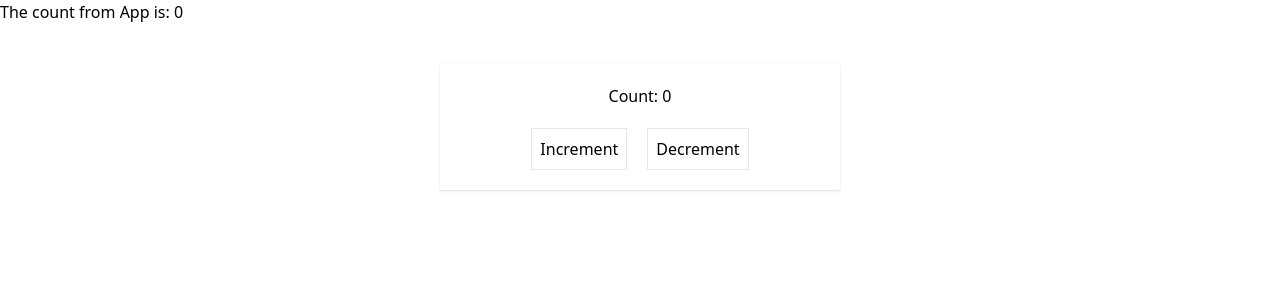
Repository: ngothiep2412/react-redux-course
Page: /
The author's editor kept a copy of each file at every save. The page is drawn from the files as they stood at one save, then again after a run of saves.
The browser window is 1280 px wide. The pictures show the whole page.
The project was rebuilt for these pictures with package versions that can differ from the ones it lists, and the page was loaded fresh each time. Also part of the build but not shown: src/App.css.

Above is the page before, as saved 2022-08-09 16:29:11.

After the next 2 saves:
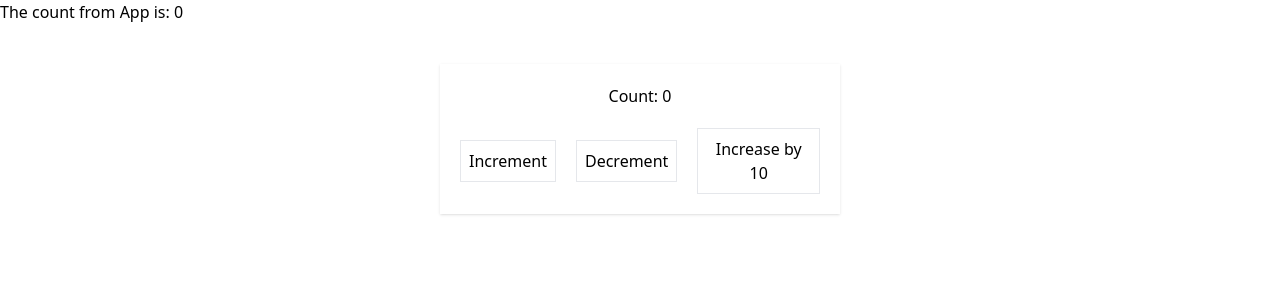
The 2 saves are shown as one change because 1 did not build or start.
The last was saved 44 s later.
--- a/src/components/Counter.js
+++ b/src/components/Counter.js
@@ -1,6 +1,10 @@
 import React from "react";
 import { useSelector, useDispatch } from "react-redux";
-import { decrement, increment } from "../redux-toolkit/counterSlice";
+import {
+  decrement,
+  increment,
+  incrementByAmount,
+} from "../redux-toolkit/counterSlice";
 // import { decrement, increment, incrementByValue } from "../redux/counter";
 const Counter = () => {
   const count = useSelector((state) => state.counter.count);
@@ -11,9 +15,9 @@ const Counter = () => {
   const handleDecrement = () => {
     dispatch(decrement());
   };
-  // const handleIncrementByValue = () => {
-  //   dispatch(incrementByValue(10));
-  // };
+  const handleIncrementByValue = () => {
+    dispatch(incrementByAmount(10));
+  };
   return (
     <div className="flex flex-col items-center p-5 bg-white shadow w-[400px] mx-auto mt-10">
       <h2 className="mb-5">Count: {count}</h2>
@@ -30,12 +34,12 @@ const Counter = () => {
         >
           Decrement
         </button>
-        {/* <button
+        <button
           className="inline-block p-2 border border-gray-200"
           onClick={handleIncrementByValue}
         >
           Increase by 10
-        </button> */}
+        </button>
       </div>
     </div>
   );
